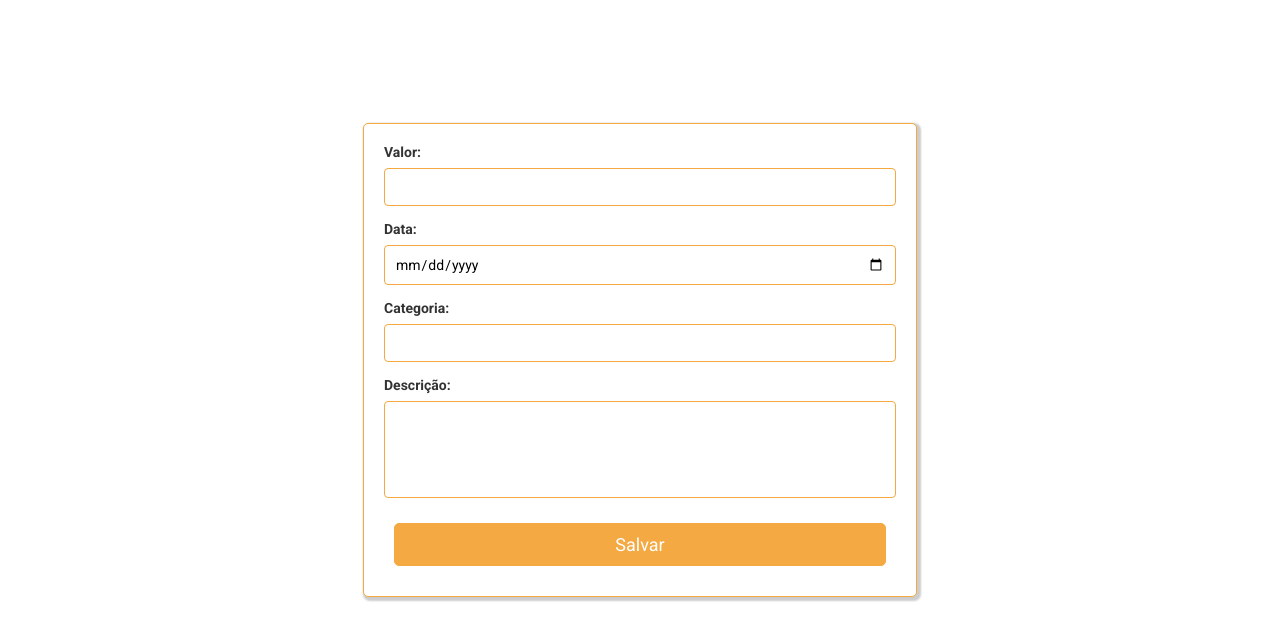
Repository: alexsanderkafka/java-servlets
Page: http://localhost/SaveMoney/cadastrarDespesa.jsp
An editor plug-in stored every save of this project. The page is shown before and after the next save, followed by the edit.
The browser window is 1280 px wide. The pictures show the whole page.
The page is served by Tomcat 9. Nobody is signed in. The application's start-up code is not run.

Above is the page before, as saved 2024-10-03 12:51:32.

After the next save:
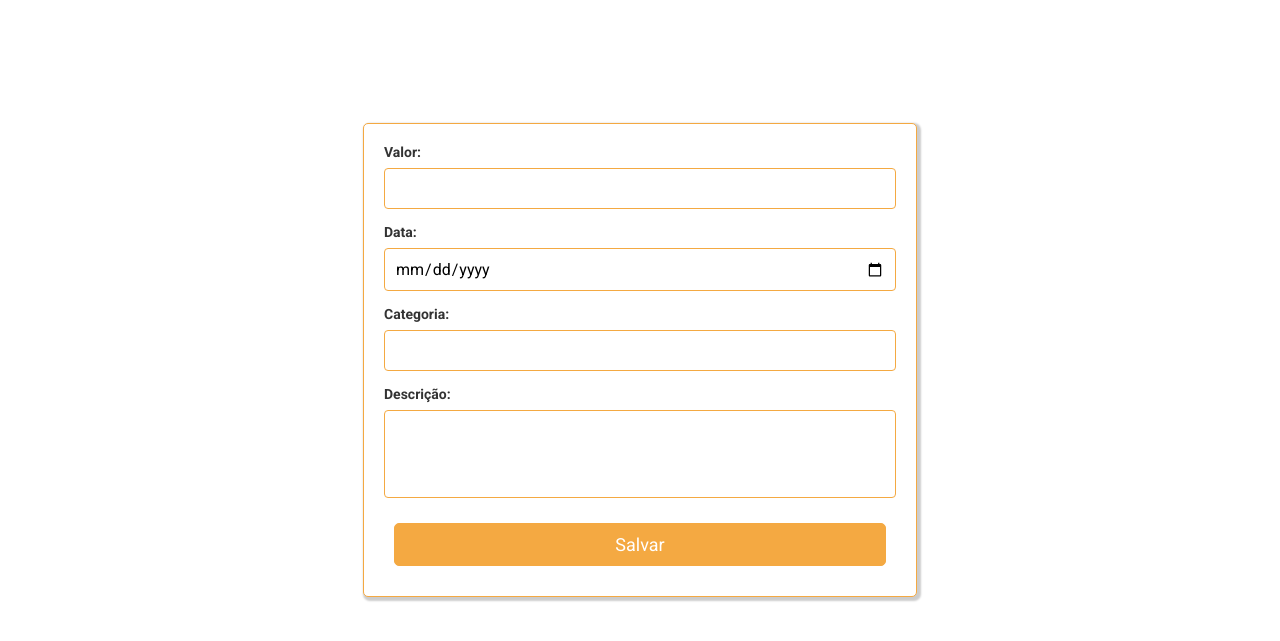
Saved 17 s later.
--- a/SaveMoney/src/main/webapp/styles/style.css
+++ b/SaveMoney/src/main/webapp/styles/style.css
@@ -108,7 +108,7 @@
     border-radius: 4px;
     box-sizing: border-box;
     font-family: 'Roboto', sans-serif;
-    font-size: 14px;
+    font-size: 16px;
 }
 
 .container-initial textarea {
